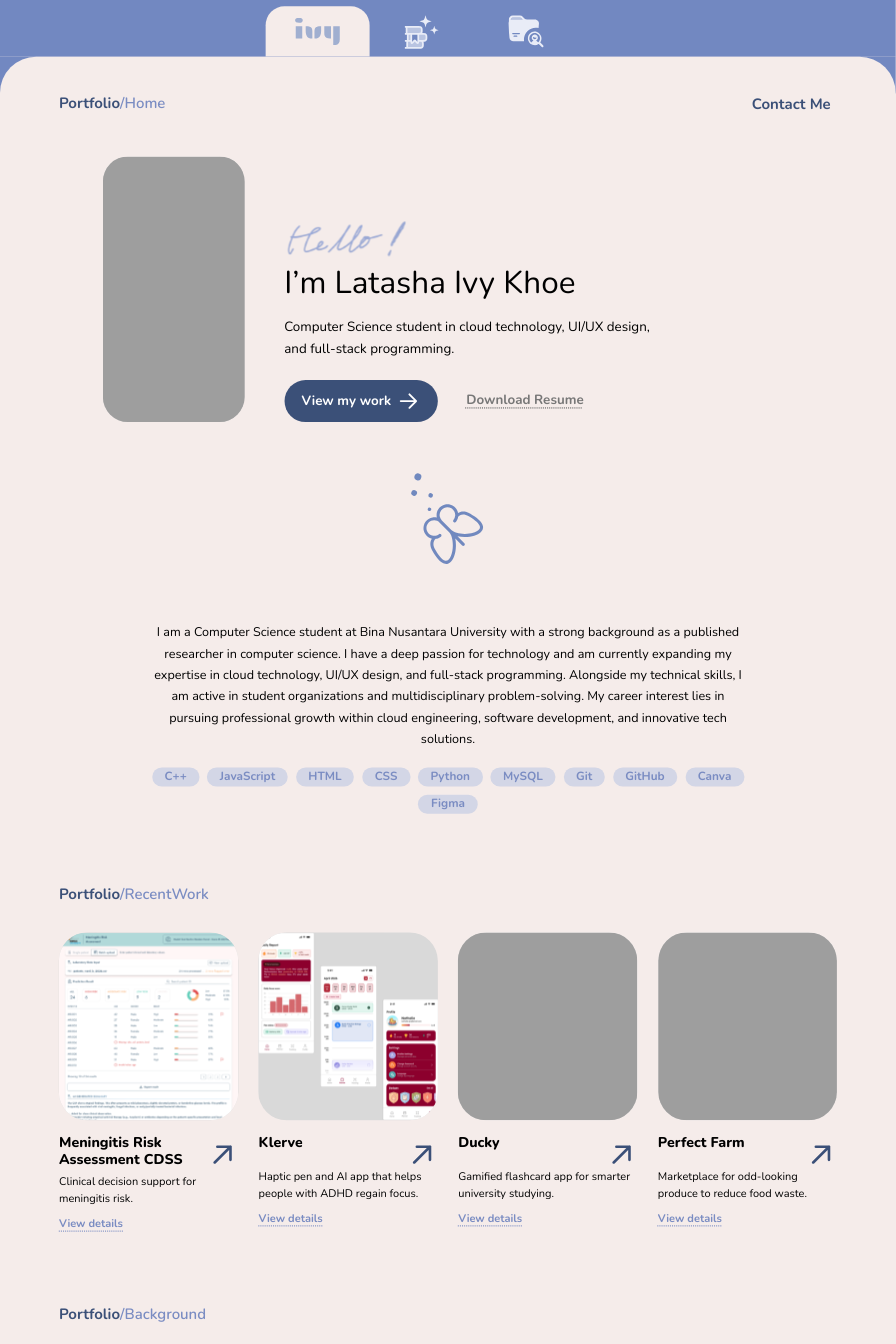
Repository: L-vy/L-vy
Page: /
An editor plug-in stored every save of this project. The page is shown before and after the next save, followed by the edit.
The browser window is 1280 px wide. The pictures show the part of the page from y = 0 to 1920 px (the page is 3226 px tall), at 70% of full size.
Pictures or frames that could not be fetched are drawn as grey boxes. Some web fonts or font styles are not loaded; a fallback is used. The project was rebuilt for these pictures with package versions that can differ from the ones it lists, and the page was loaded fresh each time. Also part of the build but not shown: vite.config.ts, src/components/ExperienceBinder.tsx, src/components/FolderCard.tsx, src/components/ProjectSidebar.tsx, src/pages/ProjectDetails.tsx.

Above is the page before, as saved 2026-10-07 21:38:16.

After the next save:
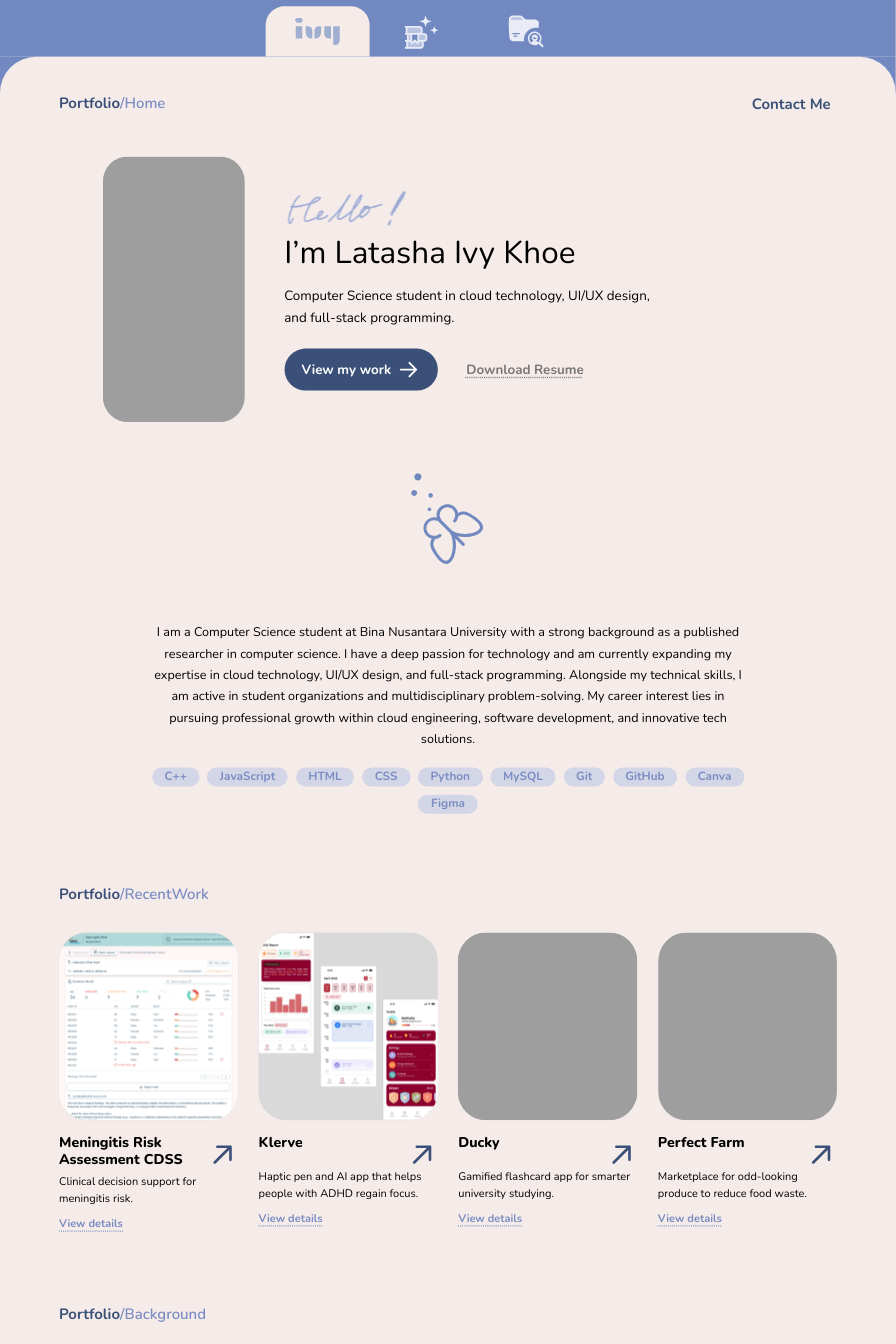
Saved 12 s later.
--- a/src/styles.css
+++ b/src/styles.css
@@ -26,7 +26,7 @@
 .crumb{background:none;border:0;padding:0;font:inherit;color:inherit}
 .crumb:hover{text-decoration:underline dotted;text-underline-offset:0.25rem}
 .contact-link{background:none;border:0;font-size:1.1875rem;font-weight:700;color:var(--ink)}
-.hero-grid{display:grid;grid-template-columns:max-content max-content;gap:3.125rem;align-items:flex-end;margin-top:3.25rem; padding: 0 var(--gut);align-content: center;}
+.hero-grid{display:grid;grid-template-columns:max-content max-content;gap:3.125rem;align-items:center;margin-top:3.25rem; padding: 0 var(--gut);}
 .hero-photo{width: 100%;max-width: 135px;aspect-ratio: 200 / 375;object-fit:cover;background:var(--ph);border-radius:2rem;transition:transform .3s}
 .hero-photo:hover{transform:rotate(-1.2deg) scale(1.015)}
 .hello{height:3.375rem;width:auto;display:block}

After the save that followed:
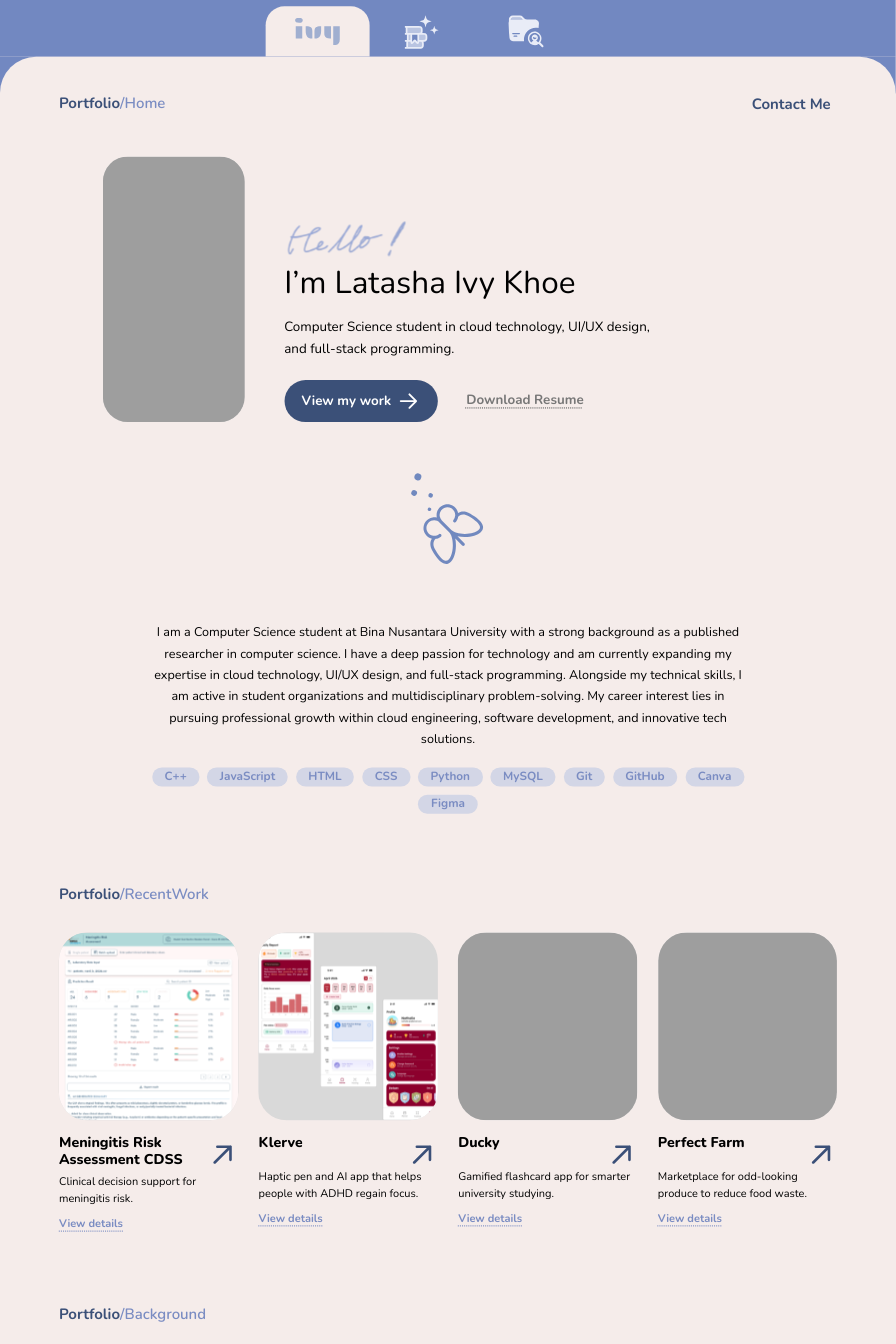
Saved 49 s later.
--- a/src/styles.css
+++ b/src/styles.css
@@ -26,7 +26,7 @@
 .crumb{background:none;border:0;padding:0;font:inherit;color:inherit}
 .crumb:hover{text-decoration:underline dotted;text-underline-offset:0.25rem}
 .contact-link{background:none;border:0;font-size:1.1875rem;font-weight:700;color:var(--ink)}
-.hero-grid{display:grid;grid-template-columns:max-content max-content;gap:3.125rem;align-items:center;margin-top:3.25rem; padding: 0 var(--gut);}
+.hero-grid{display:grid;grid-template-columns:max-content max-content;gap:3.125rem;align-items:flex-end;margin-top:3.25rem; padding: 0 var(--gut);}
 .hero-photo{width: 100%;max-width: 135px;aspect-ratio: 200 / 375;object-fit:cover;background:var(--ph);border-radius:2rem;transition:transform .3s}
 .hero-photo:hover{transform:rotate(-1.2deg) scale(1.015)}
 .hello{height:3.375rem;width:auto;display:block}
